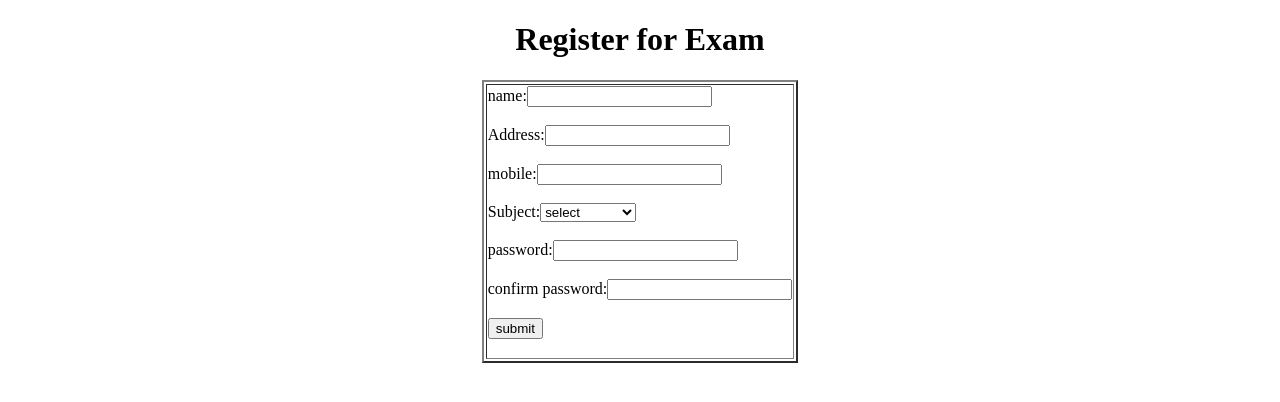
Repository: ravikumar0303/Advance-Java
Page: Assignment/OnlineExam/register.html
An editor plug-in stored every save of this project. The page is shown before and after the next save, followed by the edit.
The browser window is 1280 px wide. The pictures show the whole page.

Above is the page before, as saved 2023-06-23 03:51:41.

After the next save:
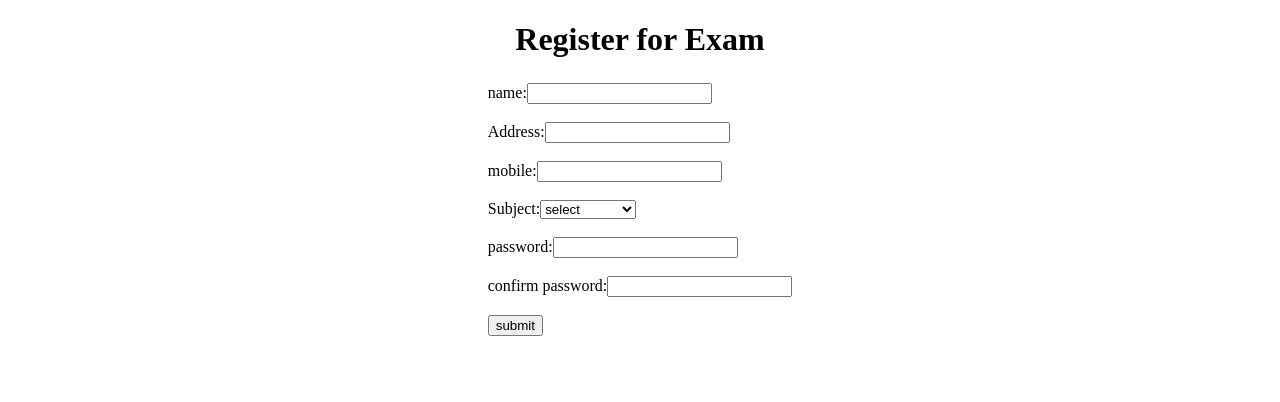
Saved 14 s later.
--- a/Assignment/OnlineExam/register.html
+++ b/Assignment/OnlineExam/register.html
@@ -10,7 +10,7 @@
 	<body>
 
 		<form>
-			<table border="2px">
+			<table>
 				<td>name:<input type="text" id="n1"></input> <br></br> Address:<input
 					type="text" id="a1"></input> <br></br> mobile:<input type="text"
 					id="m1"></input> <br></br> Subject:<select>
